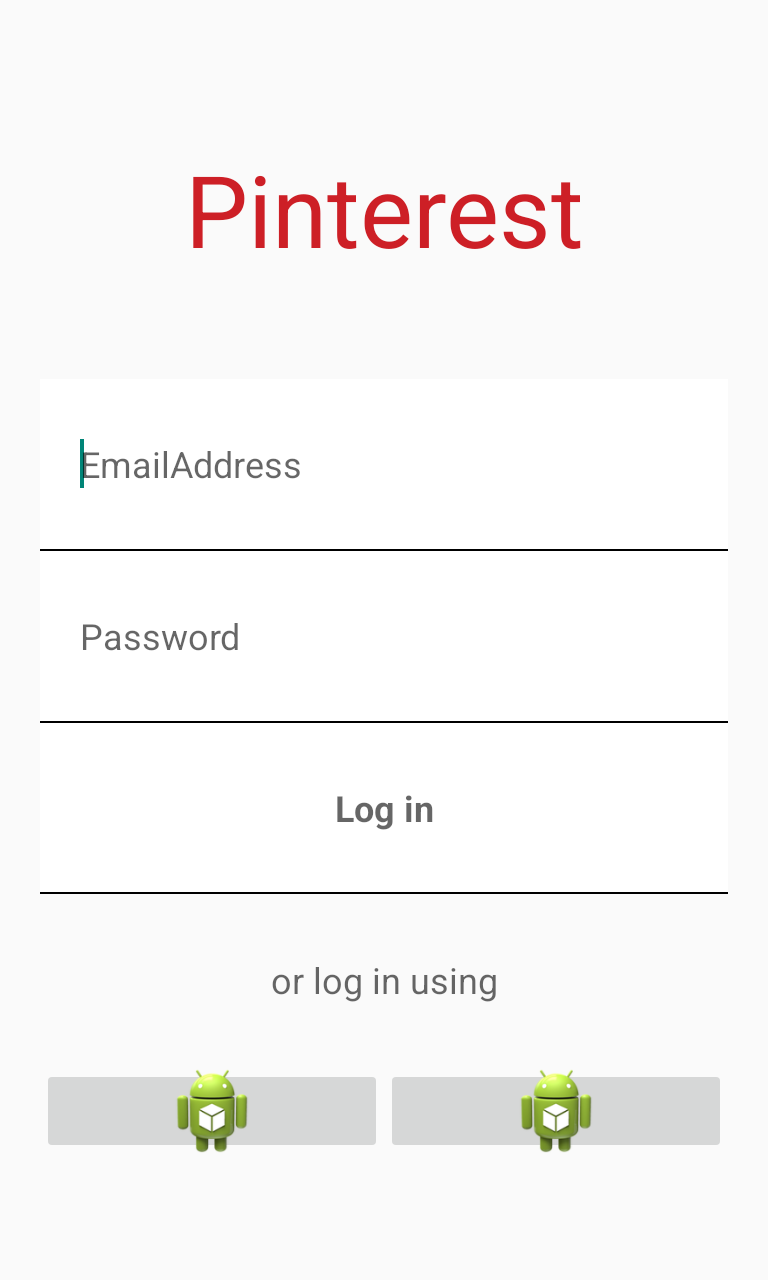
Repository: RibuRoyson/exercise
Layout: layout2/res/layout/activity_main.xml
The author's editor kept a copy of each file at every save. The layout is drawn from the files as they stood at one save, then again after the next save.
It is drawn on a 768 x 1280 px phone screen (xhdpi) without system bars, with theme AppTheme; the app's code is not run.

Above is the layout before, as saved 2015-02-16 09:12:56.

### layout2/res/layout/activity_main.xml
<LinearLayout xmlns:android="http://schemas.android.com/apk/res/android"
    xmlns:tools="http://schemas.android.com/tools"
    android:layout_width="match_parent"
    android:layout_height="match_parent"
    android:orientation="vertical"
    android:weightSum="7.0"
    android:padding="20dp">

    <TextView
        android:id="@+id/textView1"
        android:layout_width="match_parent"
        android:layout_height="0dp"
        android:layout_weight="1.99"
        android:text="Pinterest"
        android:gravity="center"
       android:textSize="50sp"
        android:textColor="#CD1F26" />

    <EditText
        android:id="@+id/editText1"
        android:layout_width="match_parent"
        android:layout_height="0dp"
        android:layout_weight="1.0"
        android:ems="10"
        android:background="#ffffff"
        android:hint="EmailAddress"
        android:inputType="textEmailAddress"
        android:padding="20dp">

        <requestFocus />
    </EditText>

    <View
        android:id="@+id/view1"
        android:layout_width="match_parent"
        android:layout_height="1dp"
        android:background="#000000"/>

    <EditText
        android:id="@+id/editText2"
        android:layout_width="match_parent"
        android:layout_height="0dp"
        android:layout_weight="1.0"
        android:ems="10"
         android:background="#ffffff"
        android:hint="Password"
        android:padding="20dp"
        android:inputType="textPassword" />
    <View
        android:id="@+id/view2"
        android:layout_width="match_parent"
        android:layout_height="1dp"
        android:background="#000000"/>

    <TextView
        android:id="@+id/textView2"
        android:layout_width="match_parent"
        android:layout_height="0dp"
        android:layout_weight="0.99"
        android:text="Log in"
         android:background="#ffffff"
         android:gravity="center"
         android:textStyle="bold"
        android:textAppearance="?android:attr/textAppearanceMedium" />
    <View
        android:id="@+id/view3"
        android:layout_width="match_parent"
        android:layout_height="1dp"
        android:background="#000000"/>

    <LinearLayout
        android:layout_width="match_parent"
        android:layout_height="0dp"
        android:layout_weight="1.0"
        android:orientation="vertical" >

        <TextView
            android:id="@+id/textView3"
            android:layout_width="match_parent"
            android:layout_height="match_parent"
            android:text="or log in using"
            android:gravity="center"
            android:textAppearance="?android:attr/textAppearanceMedium" />
    </LinearLayout>

    <LinearLayout
        android:layout_width="match_parent"
        android:layout_height="0dp"
        android:layout_weight="0.54"
        android:orientation="horizontal"
        android:weightSum="2.0" >

        <ImageButton
            android:id="@+id/imageButton1"
            android:layout_width="wrap_content"
            android:layout_height="wrap_content"
            android:src="@drawable/ic_launcher"
            android:layout_weight="1.0" />

        <ImageButton
            android:id="@+id/imageButton2"
            android:layout_width="wrap_content"
            android:layout_height="wrap_content"
            android:src="@drawable/ic_launcher"
             android:layout_weight="1.0" />

    </LinearLayout>

</LinearLayout>

Loaded but not shown: layout2/res/values/styles.xml (common file); layout2/res/values-v11/styles.xml (common file); layout2/res/values-v14/styles.xml (common file)

After the next save:
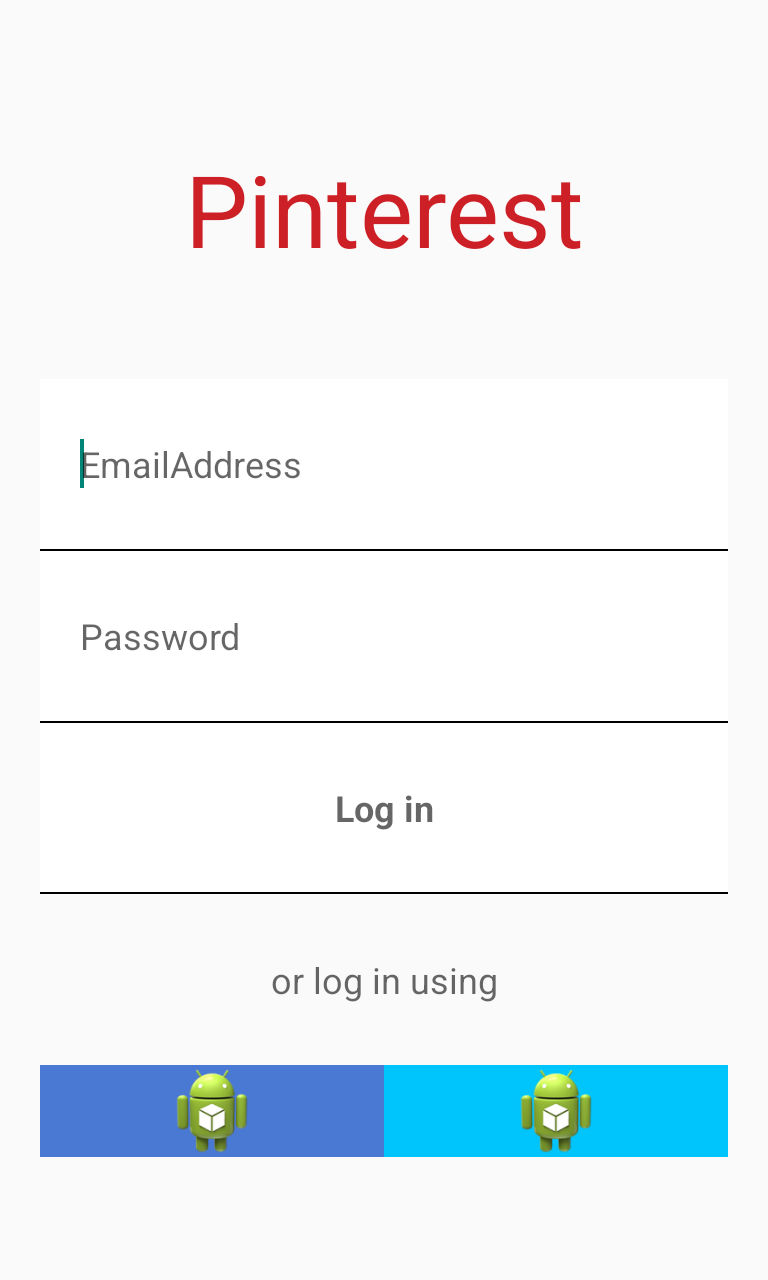
Saved 29 s later.
--- a/layout2/res/layout/activity_main.xml
+++ b/layout2/res/layout/activity_main.xml
@@ -95,14 +95,16 @@
             android:layout_width="wrap_content"
             android:layout_height="wrap_content"
             android:src="@drawable/ic_launcher"
-            android:layout_weight="1.0" />
+            android:layout_weight="1.0"
+            android:background="#4A79D4"/>
 
         <ImageButton
             android:id="@+id/imageButton2"
             android:layout_width="wrap_content"
             android:layout_height="wrap_content"
             android:src="@drawable/ic_launcher"
-             android:layout_weight="1.0" />
+             android:layout_weight="1.0"
+             android:background="#00C4FC"/>
 
     </LinearLayout>
 
